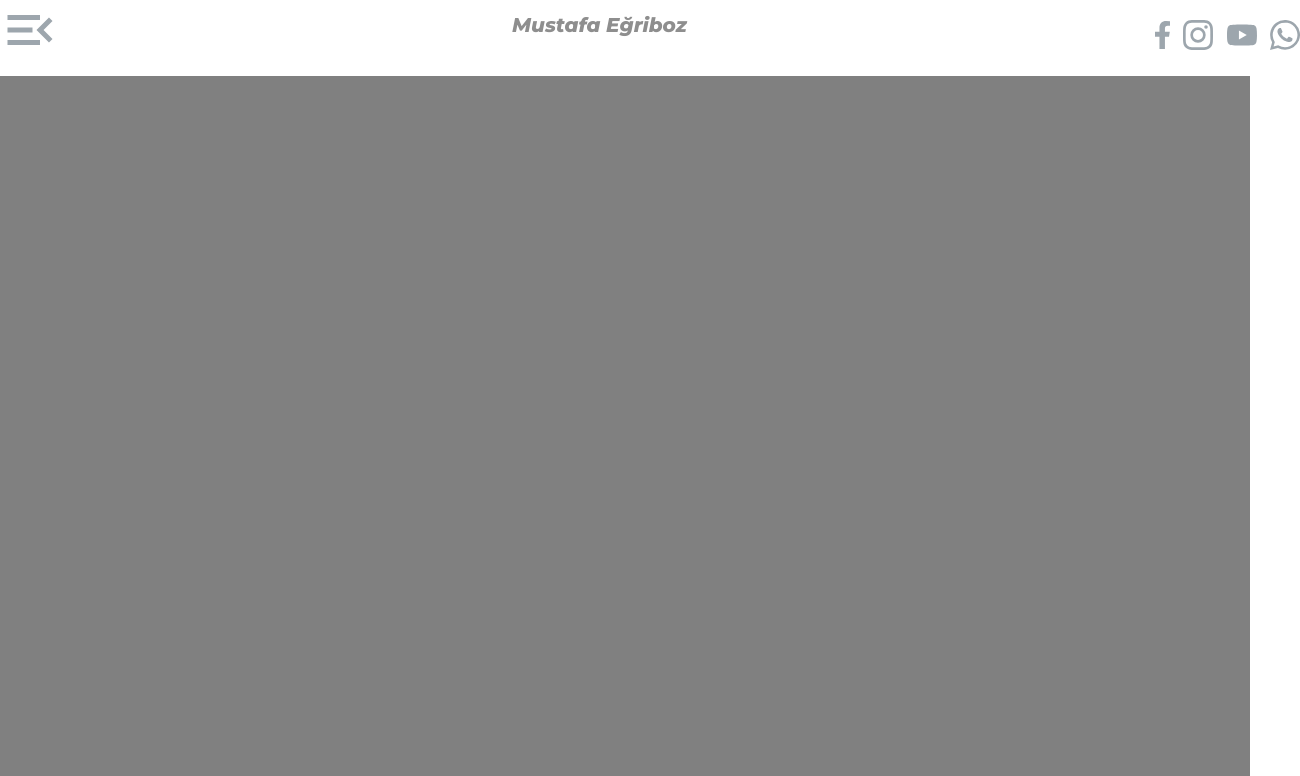
Repository: CengoCengo/m.e-gallery-web-site
Page: index.html
An editor plug-in stored every save of this project. The page is shown before and after the next save, followed by the edit.
The browser window is 1280 px wide. The page is 1300 px wide, then 1291 px, so the pictures cover 1300 px, including what lies to the right of the window. The pictures show the whole page.

Above is the page before, as saved 2021-02-06 15:28:50.
Console error: TypeError: Cannot read properties of null (reading 'style')

After the next save:
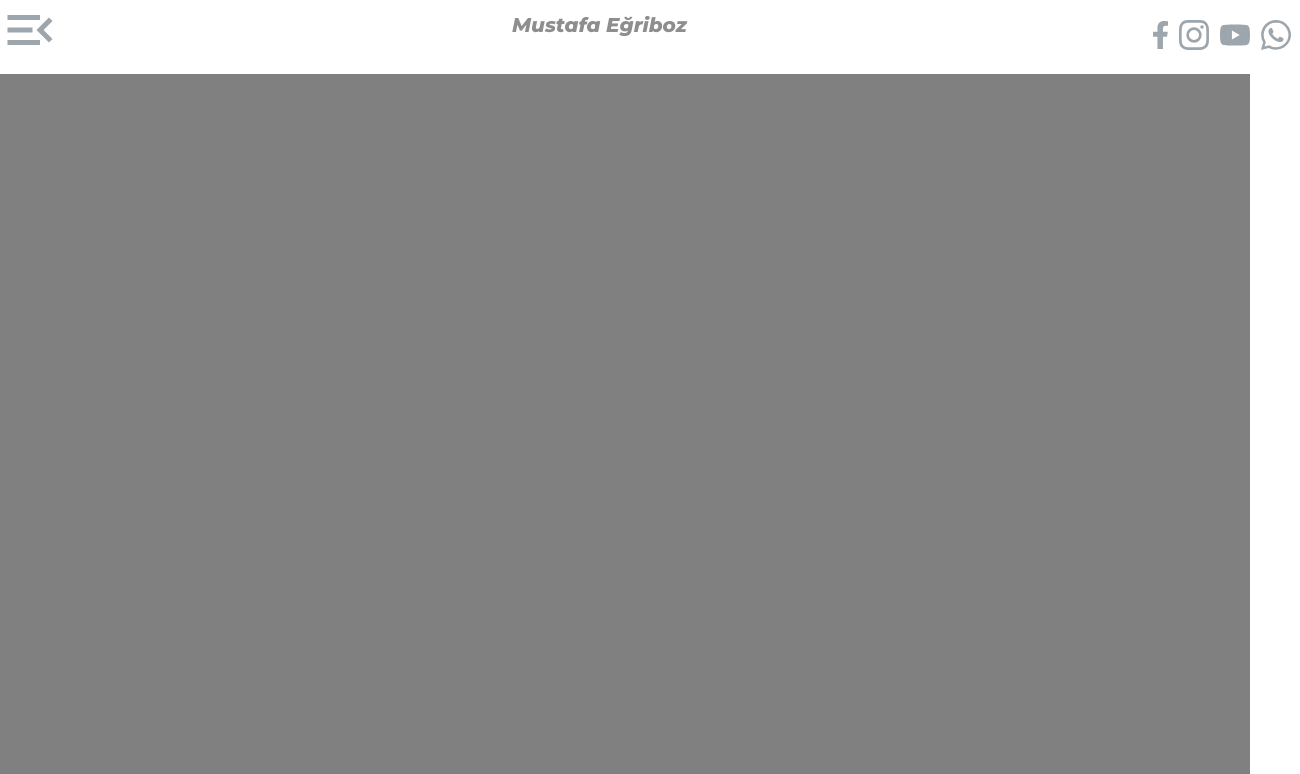
Saved 7 s later.
--- a/styles/style.css
+++ b/styles/style.css
@@ -3,7 +3,7 @@
     padding: 0;
     font-family:  'Montserrat', sans-serif;
     font-weight: 900;
-    font-size: x-large;
+
 
 
 
